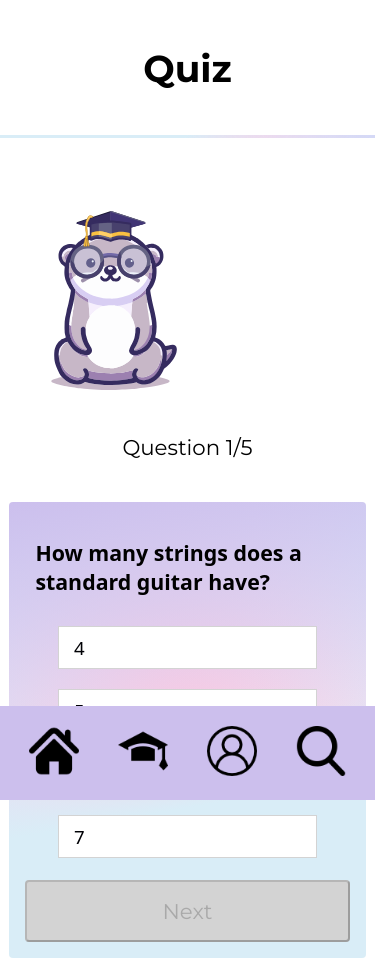
Repository: 1medi/pocketprof
Page: /quiz/page
The author's editor kept a copy of each file at every save. The page is drawn from the files as they stood at one save, then again after the next save.
The browser window is 375 px wide. The pictures show the whole page.
The project was rebuilt for these pictures with package versions that can differ from the ones it lists, and the page was loaded fresh each time. The framework's server and built-in components were replaced by stand-ins that run in the browser. Also part of the build but not shown: next.config.mjs, Components/Buttons/Oscar/Oscar.module.css, Components/Buttons/Oscar/index.js.

Above is the page before, as saved 2024-04-13 23:15:33.

After the next save:
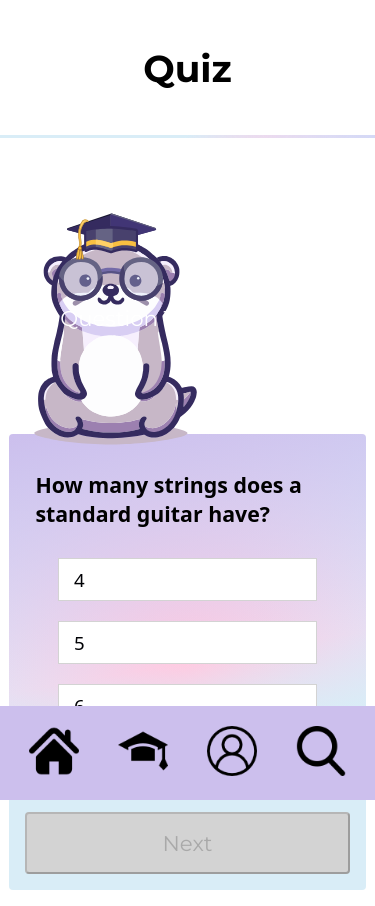
Saved 14 s later.
--- a/pages/quiz/page.module.css
+++ b/pages/quiz/page.module.css
@@ -88,6 +88,13 @@
 
 .activeQ{
   margin: 1rem;
+  position: absolute;
+  top: 50%; /* center vertically */
+  left: 50%; /* center horizontally */
+  transform: translate(-50%, -50%); /* adjust precise centering */
+  color: white; /* or any color that stands out on your image */
+  text-align: center;
+  width: 100%;
 }
 
 .itemHover:hover {
@@ -135,12 +142,16 @@
   margin-bottom: 2rem;
 }
 
-.oscar{
-
+.oscarBox {
+  position: relative;
+  width: 200px;
+  height: 200px;
 }
 
-.oscarBox{
-
+.oscar {
+  display: block;
+  width: 100%;
+  height: auto;
 }
 
 }
